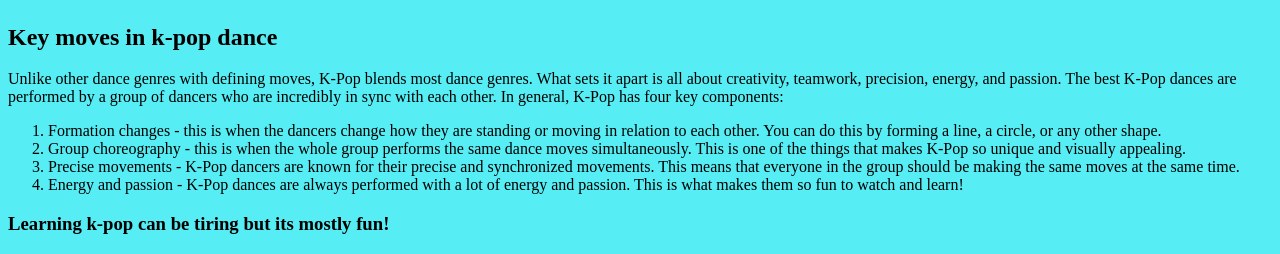
Repository: ivyexo/homework1
Page: index.html
An editor plug-in stored every save of this project. The page is shown before and after the next save, followed by the edit.
The browser window is 1280 px wide. The pictures show the part of the page from y = 1365 to 1857 px (the page is 1619 px tall before and 1857 px after).

Above is the page before, as saved 2023-02-04 18:53:45.

After the next save:
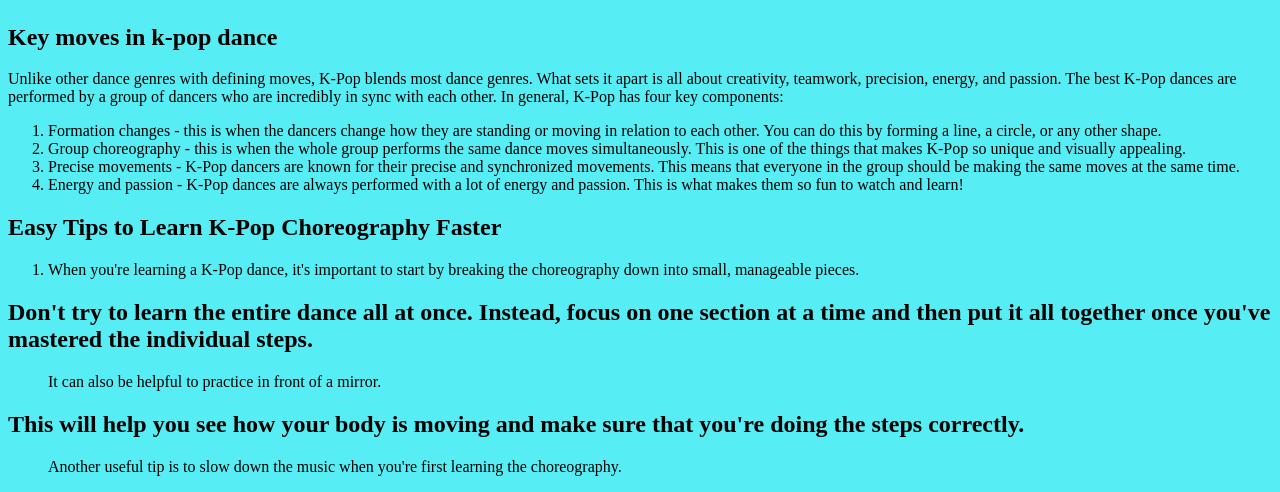
Saved 8 min 40 s later.
--- a/index.html
+++ b/index.html
@@ -91,8 +91,14 @@
       </li>
     </ol>
 
-
-    <h3>Learning k-pop can be tiring but its mostly fun!</h3>
+    <h2>Easy Tips to Learn K-Pop Choreography Faster</h2>
+    <ol>
+      <li>When you're learning a K-Pop dance, it's important to start by breaking the choreography down into small, manageable pieces.</li>
+    </ol>
+    <h2>Don't try to learn the entire dance all at once. Instead, focus on one section at a time and then put it all together once you've mastered the individual steps.</h2>
+    <ol>It can also be helpful to practice in front of a mirror.</ol>
+    <h2>This will help you see how your body is moving and make sure that you're doing the steps correctly.</h2>
+    <ol>Another useful tip is to slow down the music when you're first learning the choreography.</ol>
 
     <!-- <div class="topnav">
   <a class="active" href="#home">Home</a>
